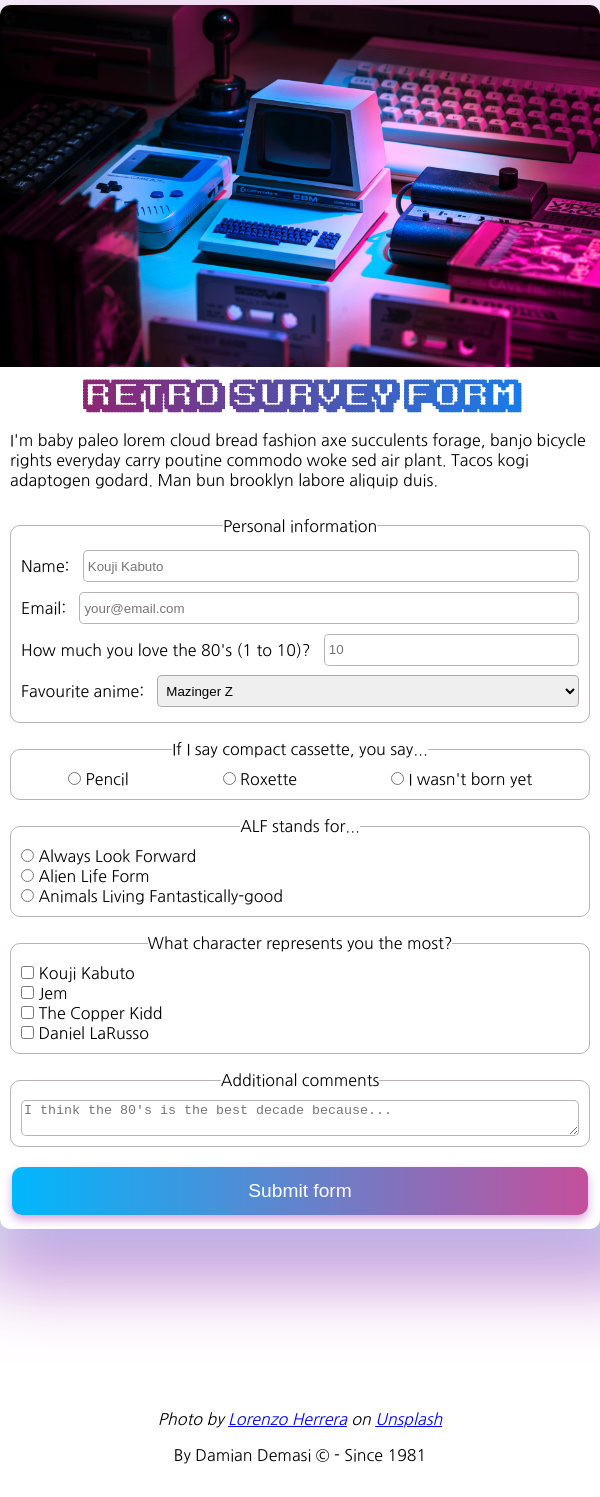
Repository: Colo-Codes/freecodecamp-02-Build-a-Survey-Form
Page: index.html
The author's editor kept a copy of each file at every save. The page is drawn from the files as they stood at one save, then again after the next save.
The browser window is 600 px wide. The pictures show the whole page.

Above is the page before, as saved 2021-05-19 10:20:55.

### index.html
<!DOCTYPE html>
<html lang="en">

<head>
    <meta charset="UTF-8">
    <meta http-equiv="X-UA-Compatible" content="IE=edge">
    <meta name="viewport" content="width=device-width, initial-scale=1.0">
    <link rel="stylesheet" href="./resources/css/index.css" type="text/css">
    <link rel="preconnect" href="https://fonts.gstatic.com">
    <link href="https://fonts.googleapis.com/css2?family=Nanum+Gothic:wght@400;800&display=swap" rel="stylesheet">
    <title>Retro Survey Form</title>
</head>

<body>
    <main id="grid-container">
        <header>
            <h1 id="title">Retro Survey Form</h1>
            <p id="description">I'm baby paleo lorem cloud bread fashion axe succulents forage, banjo bicycle rights
                everyday carry poutine commodo woke sed air plant. Tacos kogi adaptogen godard. Man bun brooklyn labore
                aliquip duis.</p>
        </header>
        <section>
            <form action="#" id="survey-form" method="POST">
                <fieldset id="personal-info">
                    <legend>Personal information</legend>
                    <label for="name" id="name-label">
                        Name: <input type="text" id="name" placeholder="Kouji Kabuto" required>
                    </label>
                    <label for="email" id="email-label">
                        Email: <input type="email" id="email" placeholder="your@email.com" required> <!-- validate -->
                    </label>
                    <label for="number" id="number-label">
                        How much you love the 80's (1 to 10)? <input type="number" id="number" placeholder="10" min="1"
                            max="10" required>
                    </label>
                    <label for="dropdown"> Favourite anime:
                        <select name="favourite" id="dropdown">
                            <option value="mazinger-z">Mazinger Z</option>
                            <option value="macross-robotech">Macross (Robotech)</option>
                            <option value="crusher-joe">Crusher Joe</option>
                            <option value="momo">Magical Princess Minky Momo</option>
                            <option value="gundam">Mobile Suit Zeta Gundam</option>
                            <option value="dragon-ball">Dragon Ball</option>
                            <option value="galactic-heroes">Legend of the Galactic Heroes</option>
                        </select>
                    </label>
                </fieldset>

                <fieldset id="cassette">
                    <legend>If I say compact cassette, you say...</legend>
                    <label for="pencil">
                        <input type="radio" name="cassette-match" value="pencil" id="pencil"> Pencil
                    </label>
                    <label for="roxette">
                        <input type="radio" name="cassette-match" value="roxette" id="roxette"> Roxette
                    </label>
                    <label for="not-born">
                        <input type="radio" name="cassette-match" value="not-born" id="not-born"> I wasn't born yet
                    </label>
                </fieldset>
                <fieldset id="alf">
                    <legend>ALF stands for...</legend>
                    <label for="always">
                        <input type="radio" name="alf" value="always" id="always"> Always Look Forward
                    </label>
                    <label for="alien">
                        <input type="radio" name="alf" value="alien" id="alien"> Alien Life Form
                    </label>
                    <label for="animals">
                        <input type="radio" name="alf" value="animals" id="animals"> Animals Living Fantastically-good
                    </label>
                </fieldset>
                <fieldset id="character">
                    <legend>What character represents you the most?</legend>
                    <label for="koji">
                        <input type="checkbox" name="character" value="koji" id="koji"> Kouji Kabuto
                    </label>
                    <label for="jem">
                        <input type="checkbox" name="character" value="jem" id="jem"> Jem
                    </label>
                    <label for="copper">
                        <input type="checkbox" name="character" value="copper" id="copper"> The Copper Kidd
                    </label>
                    <label for="larusso">
                        <input type="checkbox" name="character" value="larusso" id="larusso"> Daniel LaRusso
                    </label>
                </fieldset>
                <fieldset id="additional-comments">
                    <legend>Additional comments</legend>
                    <textarea name="additional-comments" id="textarea" cols="50" placeholder="I think the 80's is the best decade because..."></textarea>
                </fieldset>
                <div id="submit">
                    <input type="submit" value="Submit form">
                </div>
            </form>
        </section>
        <div id="main-image" role="img" aria-label="Retro computers and devices from the 80's under a blue and violet light"></div>
    </main>
    <div id="glow-1"></div>
    <div id="glow-2"></div>
    <footer>
        <p>Photo by <a href="https://unsplash.com/@lorenzoherrera?utm_source=unsplash&utm_medium=referral&utm_content=creditCopyText" target="_blank">Lorenzo Herrera</a> on <a href="https://unsplash.com/?utm_source=unsplash&utm_medium=referral&utm_content=creditCopyText" target="_blank">Unsplash</a></p>
        <p>By Damian Demasi &copy; - Since 1981</p>
    </footer>
</body>

</html>

### resources/css/index.css
@font-face {
    font-family: 'Karmatic Arcade';
    src: url("../fonts/ka1.ttf");
    font-weight: normal;
    font-style: normal;
}

/* Initial reset */

html {
    box-sizing: border-box;
    font-size: 16px;
}

*, *:before, *:after {
    box-sizing: inherit;
    margin: 0;
    padding: 0;
    /*outline: 1px dashed blue; /* Debugging purposes */
}

/* Grid */

@media screen and (max-width: 750px) { /* mobile devices */
    #grid-container {
        display: grid;
        grid-template: .5fr auto 1fr / 1fr;
        width: 100%;
        margin-top: 5px;
    }
    #main-image {
        grid-area: 1 / 1 / 2 / -1; /* top */
        border-radius: 10px 10px 0 0;
    }
    header {
        grid-area: 2 / 1 / 3 / 2; /* middle */
        height: min-content;
    }
    section {
        grid-area: 3 / 1 / 4 / 2; /* bottom */
        border-radius: 0 0 10px 10px;
    }
}

@media screen and (min-width: 750px) { /* small screens */
    #grid-container {
        display: grid;
        grid-template: .5fr auto 1fr / 1fr;
        width: 700px;
        margin: 2rem auto 50px auto;
    }
    #main-image {
        grid-area: 1 / 1 / 2 / -1; /* top */
        border-radius: 10px 10px 0 0;
    }
    header {
        grid-area: 2 / 1 / 3 / 2; /* middle */
        height: min-content;
        border-top: 1px solid rgb(26, 6, 18);
        border-right: 1px solid rgb(26, 6, 18);
        border-left: 1px solid rgb(26, 6, 18);
    }
    section {
        grid-area: 3 / 1 / 4 / 2; /* bottom */
        border-radius: 0 0 10px 10px;
        border-bottom: 1px solid rgb(10, 1, 4);
        border-right: 1px solid rgb(10, 1, 4);
        border-left: 1px solid rgb(10, 1, 4);
        border-radius: 0 0 10px 10px;
    }
}

@media screen and (min-width: 1100px) { /* big screens */
    #grid-container {
        display: grid;
        width: 1000px;
        height: 900px;
        grid-template: 1fr 1fr / 1fr 1fr;
        margin: 5rem auto 50px auto;
    }
    #main-image {
        grid-area: 1 / 1 / 3 / 2; /* the whole left column */
        border-radius: 10px 0 0 10px;
    }
    header {
        grid-area: 1 / 2 / 2 / 3; /* top right */
        border-radius: 0 10px 0 0;
        border-top: 1px solid rgb(26, 6, 18);
        border-right: 1px solid rgb(26, 6, 18);
        height: 100%;
    }
    section {
        grid-area: 2 / 2 / 3 / 3; /* bottom right */
        border-bottom: 1px solid rgb(10, 1, 4);
        border-right: 1px solid rgb(10, 1, 4);
        border-radius: 0 0 10px 0;
    }
}

#grid-container {
    flex-direction: row;
    border-radius: 10px;
    box-shadow: 0px -5px 70px 10px rgba(181, 83, 196, .3);
}

#main-image {
    background-image: url(../img/lorenzo-herrera-p0j-mE6mGo4-unsplash.jpg);
    background-repeat: no-repeat;
    background-position: 45%;
    background-size: cover;
    order: -1;
}

header, section {
    background-color: white;
}

/* Form */

form {
    margin: 10px;
    font-family: 'Nanum Gothic', sans-serif;
}

h1 {
    margin-top: 10px;
    font-family: "Karmatic Arcade", sans-serif;
    text-align: center;
    background: linear-gradient(90deg, #A4155B, #028CFD);
    -webkit-background-clip: text;
    -webkit-text-fill-color: transparent;
}

header p {
    padding: 1em 10px 1em 10px;
    font-family: 'Nanum Gothic', sans-serif;
}

fieldset {
    padding: 10px;
    border: 1px solid rgba(26, 6, 18, .3);
    border-radius: 10px;
    margin-bottom: 1rem;
    ;
}

legend {
    text-align: center;
}

#personal-info {
    display: flex;
    flex-direction: column;
    align-items: stretch;
}

#personal-info label {
    display: flex;
    margin: .3rem 0;
    align-items: center;
}

#personal-info input, #personal-info select {
    flex: 1 1 auto;
    margin-left: 1em;
    padding: 2px 4px;
    height: 2rem;
    border: 1px solid rgba(26, 6, 18, .3);
    border-radius: 5px;
}

#cassette {
    display: flex;
    flex-direction: row;
    flex-direction: row;
    justify-content: space-around;
}

#alf {
    display: flex;
    flex-direction: row;
    flex-flow: column;
    justify-content: space-around;
}

#character {
    display: flex;
    flex-direction: row;
    flex-flow: column;
    justify-content: space-around;
}

#additional-comments {
    display: flex;
}

#additional-comments textarea {
    flex: 1 1 auto;
    padding: 2px;
    max-width: 100%;
    border: 1px solid rgba(26, 6, 18, .3);
    border-radius: 5px;
    resize: vertical;
    /* will prevent resizing horizontally */
}

#submit {
    display: flex;
}

input[type=submit] {
    flex: 1 1 auto;
    background-color: #832D7C;
    /* fallback */
    background-image: linear-gradient(90deg, #00B7FD, #C54F9C);
    border: none;
    border-radius: 10px;
    color: white;
    padding: .8rem;
    margin: 4px 2px;
    font-size: 1.2rem;
    cursor: pointer;
    box-shadow: 0 5px 10px rgba(181, 83, 196, .5);
    height: 3rem;
}

input[type=submit]:hover {
    box-shadow: 0 2px 5px rgba(181, 83, 196, 1);
    transition: all .3s;
    font-size: 1rem;
    padding: 1rem;
    height: 3rem;
}

/* Glow */

#glow-1 {
    width: 850px;
    /* TODO media query */
    margin: -60px auto;
    box-shadow: 0px 40px 80px 10px #0ff;
}

#glow-2 {
    width: 650px;
    /* TODO media query */
    margin: -60px auto;
    box-shadow: 0px 80px 80px 20px rgb(181, 83, 196);
}

/* Footer */

footer {
    display: flex;
    margin-top: 15rem;
    flex-direction: column;
    justify-content: center;
    font-family: 'Nanum Gothic', sans-serif;
}

footer * {
    margin: 0 auto 2rem;
}

footer p:first-child {
    font-style: italic;
    margin-bottom: 1em;
}

After the next save:
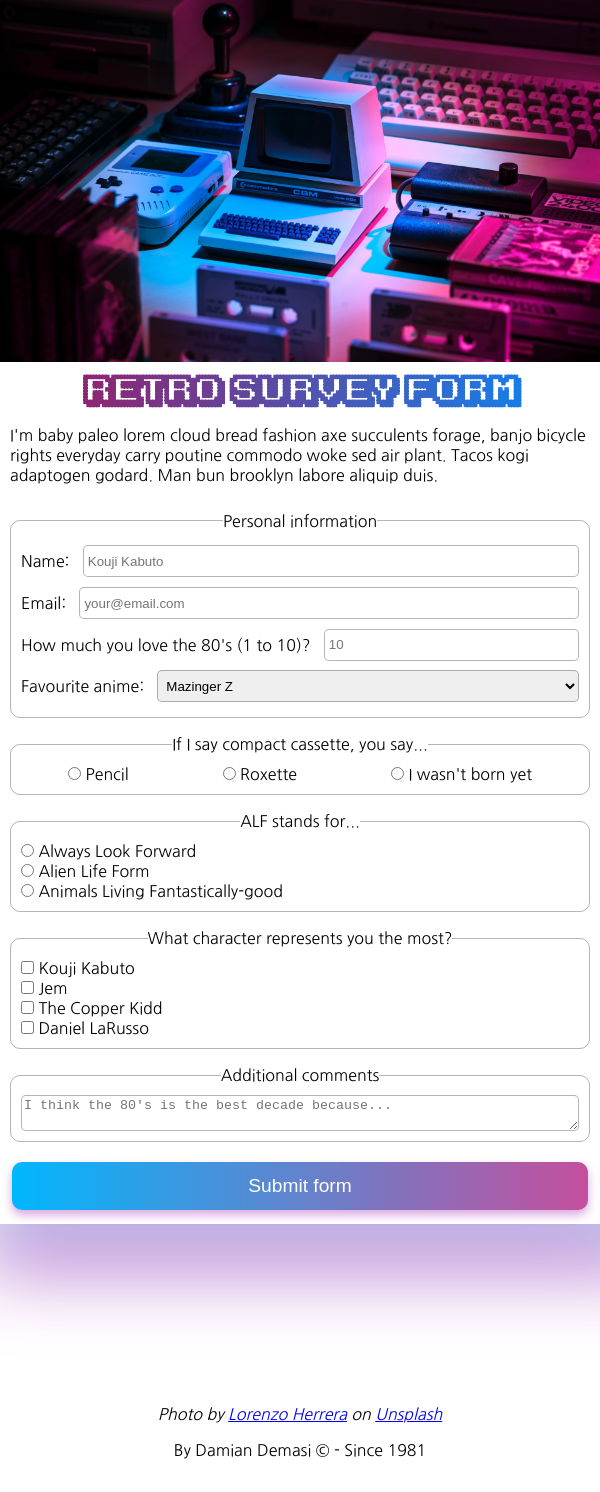
Saved 55 s later.
--- a/resources/css/index.css
+++ b/resources/css/index.css
@@ -26,11 +26,9 @@ html {
         display: grid;
         grid-template: .5fr auto 1fr / 1fr;
         width: 100%;
-        margin-top: 5px;
     }
     #main-image {
         grid-area: 1 / 1 / 2 / -1; /* top */
-        border-radius: 10px 10px 0 0;
     }
     header {
         grid-area: 2 / 1 / 3 / 2; /* middle */
@@ -38,7 +36,6 @@ html {
     }
     section {
         grid-area: 3 / 1 / 4 / 2; /* bottom */
-        border-radius: 0 0 10px 10px;
     }
 }
 
